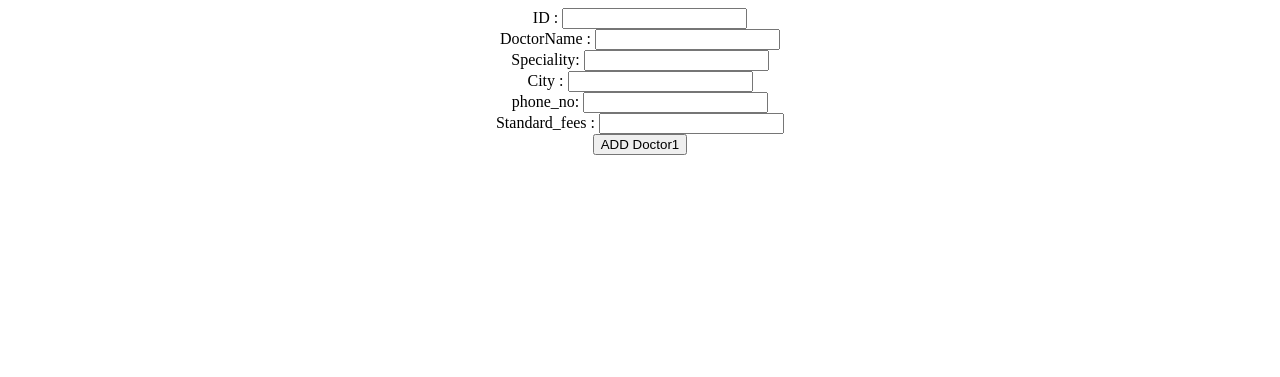
Repository: rameshraj97/Core-java
Page: firstWebsite/src/main/webapp/AddDoctor.html
These files come from the project's save history. The page is drawn as it stood at one moment and after the next save; the edit follows.
The browser window is 1280 px wide. The pictures show the whole page.

Above is the page before, as saved 2022-05-23 04:29:46.

### firstWebsite/src/main/webapp/AddDoctor.html
<!DOCTYPE html>
<html>
<head>
<meta charset="ISO-8859-1">
<title>Add Doctor</title>
</head>
<body>
	<form action="Doctor1" method="post">
		<!--need to mention method = post  -->
		<center>
			<div>
				ID : <input type='text'         name='Docid'>
			</div>
			<div>
				DoctorName : <input type='text' name='Docname'>
			</div>
<div>
				Speciality: <input type='text'  name='Speciality'>
			</div>
			<div>
			City : <input type='text'     name='City'>
			</div>
			<div>
				phone_no: <input type='text'  name='Phone_no'>
			</div>
			<div>
				Standard_fees : <input type='text'     name='Standard_fees'>
			</div>
			<div>
			 <input
				type='submit' value='ADD Doctor1'>
				</div>
		</center>
	</form>
</body>
</html>

After the next save:
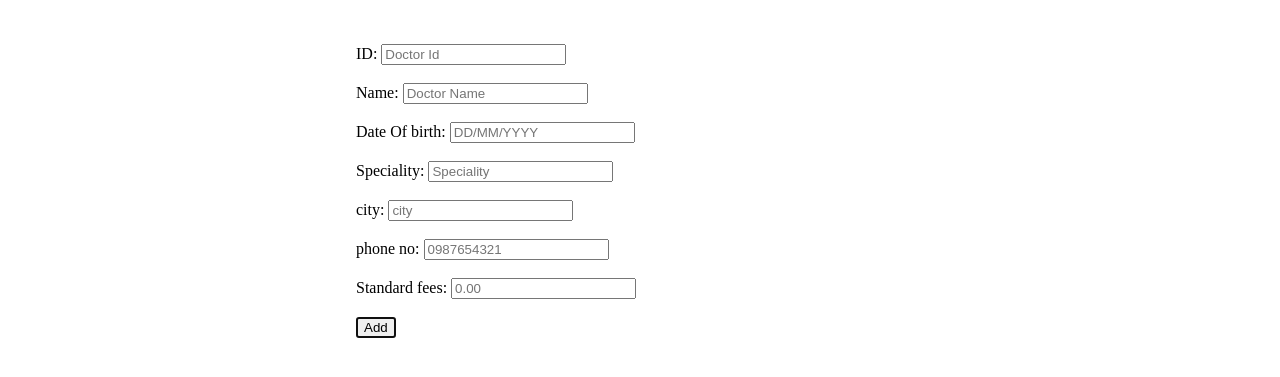
Saved 11 min 35 s later.
--- a/firstWebsite/src/main/webapp/AddDoctor.html
+++ b/firstWebsite/src/main/webapp/AddDoctor.html
@@ -1,36 +1,35 @@
+
 <!DOCTYPE html>
 <html>
 <head>
 <meta charset="ISO-8859-1">
-<title>Add Doctor</title>
+<title>AddNewDoctorDetails</title>
 </head>
 <body>
-	<form action="Doctor1" method="post">
-		<!--need to mention method = post  -->
-		<center>
-			<div>
-				ID : <input type='text'         name='Docid'>
-			</div>
-			<div>
-				DoctorName : <input type='text' name='Docname'>
-			</div>
-<div>
-				Speciality: <input type='text'  name='Speciality'>
-			</div>
-			<div>
-			City : <input type='text'     name='City'>
-			</div>
-			<div>
-				phone_no: <input type='text'  name='Phone_no'>
-			</div>
-			<div>
-				Standard_fees : <input type='text'     name='Standard_fees'>
-			</div>
-			<div>
-			 <input
-				type='submit' value='ADD Doctor1'>
-				</div>
-		</center>
-	</form>
+    <form action="/firstWebsite/Doctors" method="post">
+        <div style= "width:50%; margin :0 auto">
+        ID: <input type='text' name='id' placeholder="Doctor Id">
+        </div>
+        <div style= "width:50%; margin :0 auto">
+        Name: <input type='text' name='name' id="name" placeholder="Doctor Name">
+        </div>
+        <div style= "width:50%; margin :0 auto">
+        Date Of birth: <input type='text' name='dob' id="dob" placeholder="DD/MM/YYYY">
+        </div>
+        <div style= "width:50%; margin :0 auto">
+        Speciality: <input type='text' name='speciality' id="speciality" placeholder="Speciality">
+        </div>
+        <div style= "width:50%; margin :0 auto">
+        city: <input type='text' name='city' id="city" placeholder="city">
+        </div>
+        <div style= "width:50%; margin :0 auto" >
+        phone no: <input type='text' name='phone_no' id="phone_no" placeholder="0987654321">
+        </div>
+        <div style= "width:50%; margin :0 auto">
+        Standard fees: <input type='text' name='fees' id="fees" placeholder="0.00">
+        </div>
+        <div style= "width:50%; margin :0 auto">
+        <input type=submit name="change" value=Add autofocus >
+    </form>
 </body>
 </html>
